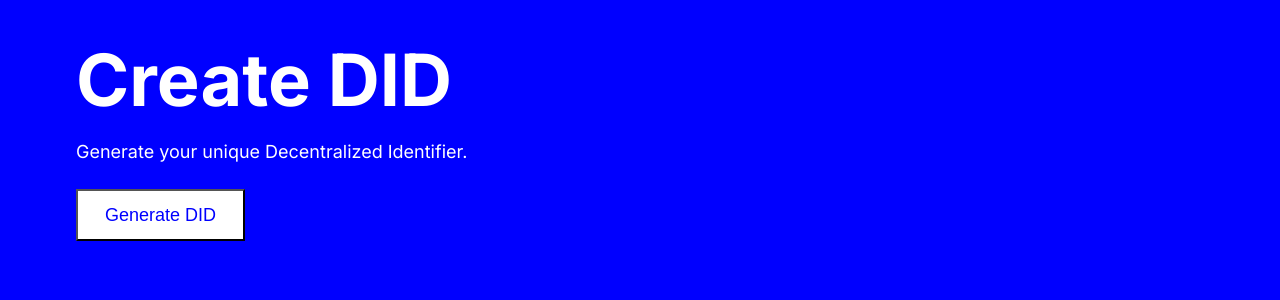
Repository: a7351220/ethr_did_demo
Page: /did/create
The author's editor kept a copy of each file at every save. The page is drawn from the files as they stood at one save, then again after the next save.
The browser window is 1280 px wide. The pictures show the whole page.
The project was rebuilt for these pictures with package versions that can differ from the ones it lists, and the page was loaded fresh each time. The framework's server and built-in components were replaced by stand-ins that run in the browser. Also part of the build but not shown: next.config.mjs.

Above is the page before, as saved 2024-07-09 16:02:06.

After the next save:
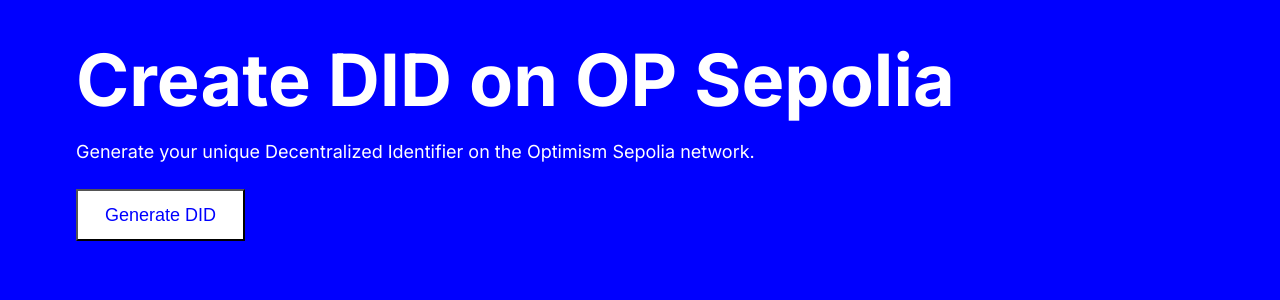
Saved 14 min 57 s later.
--- a/src/app/did/create/page.tsx
+++ b/src/app/did/create/page.tsx
@@ -5,26 +5,50 @@ import { createDID } from '@/lib/didUtils';
 
 export default function CreateDID() {
   const [did, setDid] = useState<string>('');
+  const [privateKey, setPrivateKey] = useState<string>('');
+  const [isLoading, setIsLoading] = useState<boolean>(false);
+  const [error, setError] = useState<string | null>(null);
 
   const handleCreateDID = async () => {
-    const newDID = await createDID();
-    setDid(newDID);
+    setIsLoading(true);
+    setError(null);
+    try {
+      const result = await createDID();
+      setDid(result.did);
+      setPrivateKey(result.privateKey);
+    } catch (err) {
+      setError('Failed to create DID. Please check your network connection and try again.');
+      console.error(err);
+    } finally {
+      setIsLoading(false);
+    }
   };
 
   return (
     <div className="container">
-      <h1 className="title">Create DID</h1>
-      <p className="description">Generate your unique Decentralized Identifier.</p>
+      <h1 className="title">Create DID on OP Sepolia</h1>
+      <p className="description">Generate your unique Decentralized Identifier on the Optimism Sepolia network.</p>
       <button
         className="cta-button primary"
         onClick={handleCreateDID}
+        disabled={isLoading}
       >
-        Generate DID
+        {isLoading ? 'Generating...' : 'Generate DID'}
       </button>
+      {error && <p className="error">{error}</p>}
       {did && (
         <div className="result">
           <h2>Your DID:</h2>
           <p className="did-value">{did}</p>
+          <h2>Your Private Key (Keep this secret!):</h2>
+          <p className="private-key">{privateKey}</p>
+          <p className="warning">
+            Warning: Store this private key securely. It's required to control your DID.
+          </p>
+          <p className="info">
+            This DID is created on the Optimism Sepolia network. To use it, you'll need some test ETH.
+            You can get test ETH from the <a href="https://optifaucet.com/" target="_blank" rel="noopener noreferrer">Optimism faucet</a>.
+          </p>
         </div>
       )}
     </div>
